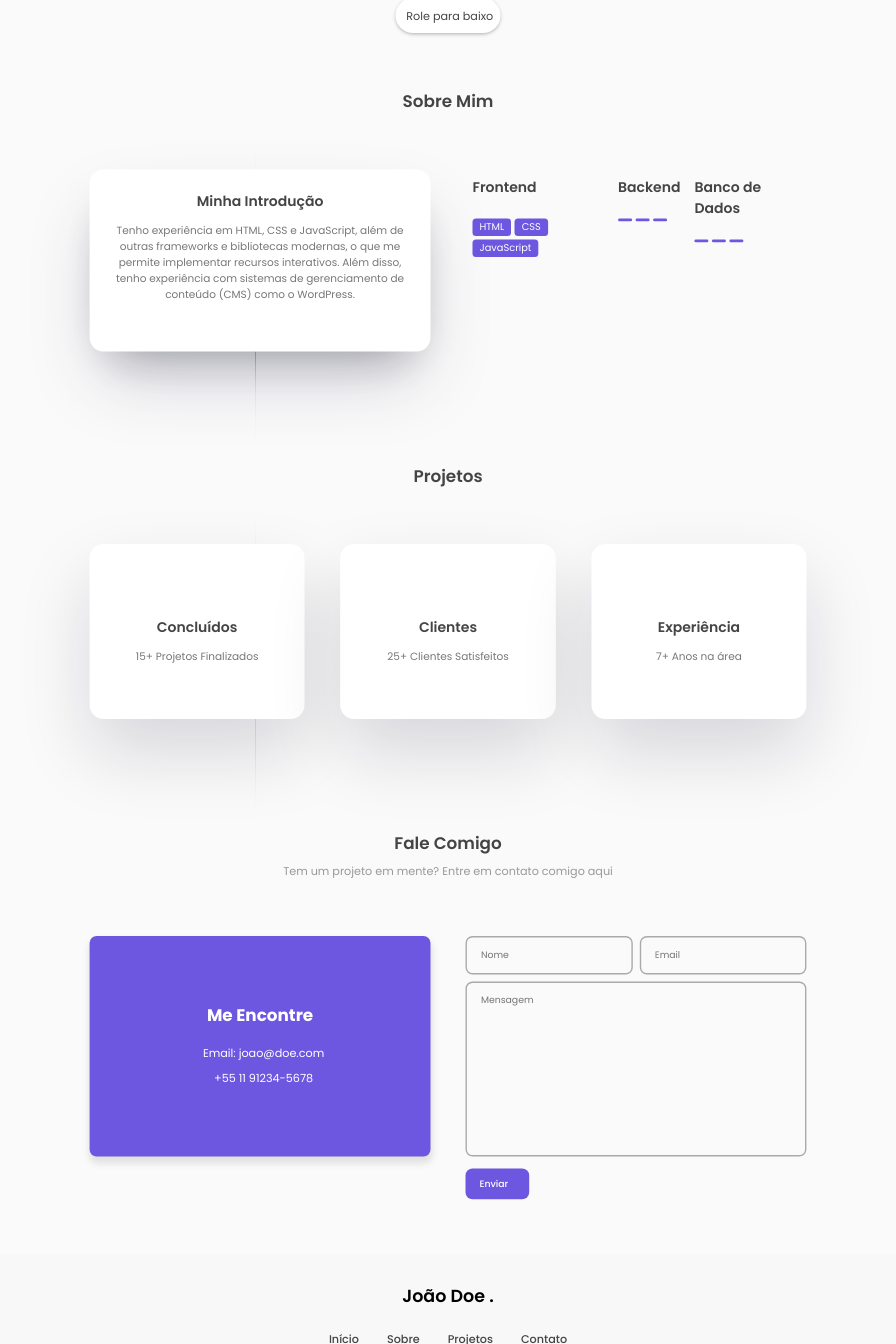
Repository: Matheus904-12/PrePortf
Page: index.html
These files come from the project's save history. The page is drawn as it stood at one moment and after the next save; the edit follows.
The browser window is 1280 px wide. The pictures show the part of the page from y = 673 to 2593 px (the page is 2790 px tall), at 70% of full size.
Some icons come from a web library that is not loaded, so they are not drawn.

Above is the page before, as saved 2023-09-29 10:54:33.

### index.html
<!DOCTYPE html>
<html lang="pt-br">

<head>
    <meta charset="UTF-8">
    <meta name="viewport" content="width=device-width, initial-scale=1.0">

    <!-- UNICONS -->
    <link rel="stylesheet" href="https://unicons.iconscout.com/release/v4.0.8/css/line.css">
    <!-- CSS -->
    <link rel="stylesheet" href="style.css">
    <!-- Adicionar favicon -->
    <link rel="shortcut icon" href="assets/images/favicon.png" type="image/x-icon">

    <title>Portfólio | Codingdev</title>
</head>

<body>
    <div class="container">
        <!-- --------------- CABEÇALHO --------------- -->
        <nav id="header">
            <div class="nav-logo">
                <p class="nav-name">Lucindo</p>
                <span>.</span>
            </div>
            <div class="nav-menu" id="myNavMenu">
                <ul class="nav_menu_list">
                    <li class="nav_list">
                        <a href="#home" class="nav-link active-link">Início</a>
                        <div class="circle"></div>
                    </li>
                    <li class="nav_list">
                        <a href="#about" class="nav-link">Sobre</a>
                        <div class="circle"></div>
                    </li>
                    <li class="nav_list">
                        <a href="#projects" class="nav-link">Projetos</a>
                        <div class="circle"></div>
                    </li>
                    <li class="nav_list">
                        <a href="#contact" class="nav-link">Contato</a>
                        <div class="circle"></div>
                    </li>
                </ul>
            </div>
            <div class="nav-menu-btn">
                <i class="uil uil-bars" onclick="myMenuFunction()"></i>
            </div>
        </nav>


        <!-- -------------- PRINCIPAL ---------------- -->
        <main class="wrapper">
            <!-- -------------- DESTAQUE ---------------- -->
            <section class="featured-box" id="home">
                <div class="featured-text">
                    <div class="featured-text-card">
                        <span>Matheus Lucindo</span>
                    </div>
                    <div class="featured-name">
                        <p>Eu sou <span class="typedText"></span></p>
                    </div>
                    <div class="featured-text-info">
                        <p>Desenvolvedor frontend experiente com paixão por criar sites visualmente
                            impressionantes e fáceis de usar.
                        </p>
                    </div>

                    <div class="social_icons">
                        <div class="icon"><i class="uil uil-instagram"></i></div>
                        <div class="icon"><i class="uil uil-linkedin-alt"></i></div>
                        <div class="icon"><i class="uil uil-twitter"></i></div>
                        <div class="icon"><i class="uil uil-github-alt"></i></div>
                        <div class="icon"><i class="uil uil-figma"></i></div> <!-- Adicionado ícone do Figma -->
                    </div>
                </div>
                <div class="featured-image">
                    <div class="image">
                        <img src="./perfil.png" alt="avatar">
                    </div>
                </div>
                <div class="scroll-icon-box">
                    <a href="#about" class="scroll-btn">
                        <i class="uil uil-mouse-alt"></i>
                        <p>Role para baixo</p>
                    </a>
                </div>

            </section>
            <!-- -------------- SOBRE ---------------- -->
            <section class="section" id="about">
                <div class="top-header">
                    <h1>Sobre Mim</h1>
                </div>
                <div class="row">
                    <div class="col">
                        <div class="about-info">
                            <h3>Minha Introdução</h3>
                            <p>Tenho experiência em HTML, CSS e JavaScript, além de outras frameworks e bibliotecas
                                modernas, o que me permite implementar recursos interativos. Além disso, tenho
                                experiência com sistemas de gerenciamento de conteúdo (CMS) como o WordPress.
                            </p>
                        </div>
                    </div>
                    <div class="col">
                        <div class="skills-box">
                            <div class="skills-header">
                                <h3>Frontend</h3>
                            </div>
                            <div class="skills-list">
                                <span>HTML</span>
                                <span>CSS</span>
                                <span>JavaScript</span>
                            </div>
                        </div>



                        <div class="skills-box">
                            <div class="skills-header">
                                <h3>Backend</h3>
                            </div>
                            <div class="skills-list">
                                <span></span>
                                <span></span>
                                <span></span>
                            </div>
                        </div>
                        <div class="skills-box">
                            <div class="skills-header">
                                <h3>Banco de Dados</h3>
                            </div>
                            <div class="skills-list">
                                <span></span>
                                <span></span>
                                <span></span>
                            </div>
                        </div>
                    </div>
                </div>
            </section>

            <!-- -------------- PROJETOS ---------------- -->

            <section class="section" id="projects">
                <div class="top-header">
                    <h1>Projetos</h1>
                </div>
                <div class="project-container">
                    <div class="project-box">
                        <i class="uil uil-briefcase-alt"></i>
                        <h3>Concluídos</h3>
                        <label>15+ Projetos Finalizados</label>
                    </div>
                    <div class="project-box">
                        <i class="uil uil-users-alt"></i>
                        <h3>Clientes</h3>
                        <label>25+ Clientes Satisfeitos</label>
                    </div>
                    <div class="project-box">
                        <i class="uil uil-award"></i>
                        <h3>Experiência</h3>
                        <label>7+ Anos na área</label>
                    </div>
                </div>
            </section>

            <!-- -------------- CONTATO ---------------- -->

            <section class="section" id="contact">
                <div class="top-header">
                    <h1>Fale Comigo</h1>
                    <span>Tem um projeto em mente? Entre em contato comigo aqui</span>
                </div>
                <div class="row">
                    <div class="col">
                        <div class="contact-info">
                            <h2>Me Encontre <i class="uil uil-corner-right-down"></i></h2>
                            <p><i class="uil uil-envelope"></i> Email: joao@doe.com</p>
                            <p><i class="uil uil-phone"></i> +55 11 91234-5678</p>
                        </div>
                    </div>
                    <div class="col">
                        <div class="form-control">
                            <div class="form-inputs">
                                <input type="text" class="input-field" placeholder="Nome">
                                <input type="text" class="input-field" placeholder="Email">
                            </div>
                            <div class="text-area">
                                <textarea placeholder="Mensagem"></textarea>
                            </div>
                            <div class="form-button">
                                <button class="btn">Enviar <i class="uil uil-message"></i></button>
                            </div>
                        </div>
                    </div>
                </div>
            </section>

        </main>


        <!-- --------------- RODAPÉ --------------- -->
        <footer>
            <div class="top-footer">
                <p>João Doe .</p>
            </div>
            <div class="middle-footer">
                <ul class="footer-menu">
                    <li class="footer_menu_list">
                        <a href="#home">Início</a>
                    </li>
                    <li class="footer_menu_list">
                        <a href="#about">Sobre</a>
                    </li>
                    <li class="footer_menu_list">
                        <a href="#projects">Projetos</a>
                    </li>
                    <li class="footer_menu_list">
                        <a href="#contact">Contato</a>
                    </li>
                </ul>
            </div>
            <div class="footer-social-icons">
                <div class="icon"><i class="uil uil-instagram"></i></div>
                <div class="icon"><i class="uil uil-linkedin-alt"></i></div>
                <div class="icon"><i class="uil uil-twitter"></i></div>
                <div class="icon"><i class="uil uil-github-alt"></i></div>
                <div class="icon"><i class="uil uil-figma"></i></div> <!-- Adicionado ícone do Figma -->
            </div>
            <div class="bottom-footer">
                <p>Direitos Autorais &copy; <a href="#home" style="text-decoration: none;">João Doe</a> - Todos os direitos
                    reservados
                </p>
            </div>
        </footer>

    </div>

    <!-- ----- TYPING JS Link ----- -->
    <script src="https://unpkg.com/typed.js@2.0.16/dist/typed.umd.js"></script>

    <!-- ----- SCROLL REVEAL JS Link----- -->
    <script src="https://unpkg.com/scrollreveal"></script>

    <!-- ----- MAIN JS ----- -->
    <script src="./script.js"></script>
</body>

</html>

### style.css
/* ----- POPPINS FONT Link ----- */
@import url('https://fonts.googleapis.com/css2?family=Poppins:wght@400;500;600;700&display=swap');

/* ----- VARIABLES ----- */
:root{
    --body-color: rgb(250, 250, 250);
    --color-white: rgb(255, 255, 255);

    --text-color-second: rgb(68, 68, 68);
    --text-color-third: rgb(30, 159, 171);

    --first-color: rgb(110, 87, 224);
    --first-color-hover: rgb(40, 91, 212);

    --second-color: rgb(110, 87, 224);
    --third-color: rgb(192, 166, 49);
    --first-shadow-color: rgba(0, 0, 0, 0.1);

}

/* ----- BASE ----- */
*{
    margin: 0;
    padding: 0;
    box-sizing: border-box;
    font-family: 'Poppins', sans-serif;
}

/* ----- SMOOTH SCROLL ----- */
html{
    scroll-behavior: smooth;
}

/* ----- CHANGE THE SCROLL BAR DESIGN ----- */
::-webkit-scrollbar{
    width: 10px;
    border-radius: 25px;
}
::-webkit-scrollbar-track{
    background: #f1f1f1;
}
::-webkit-scrollbar-thumb{
    background: #ccc;
    border-radius: 30px;
}
::-webkit-scrollbar-thumb:hover{
    background: #bbb;
}


/* ---##-- REUSABLE CSS --##--- */

/* ----- GLOBAL BUTTON DESIGN ----- */
.btn{
    font-weight: 500;
    padding: 12px 20px;
    background: #efefef;
    border: none;
    border-radius: 10px;
    cursor: pointer;
    transition: .4s;
}
.btn>i{
    margin-left: 10px;
}
.btn:hover{
    background: var(--second-color);
    color: var(--color-white);
}

/* ----- GLOBAL ICONS DESIGN ----- */
i{
    font-size: 16px;
}

/* ------- BASE -------- */
body{
    background: var(--body-color);
}
.container{
    width: 100%;
    position: relative;
    overflow-x: hidden; /* not mandatory */
}

/* ----- NAVIGATION BAR ----- */
nav{
    position: fixed;
    display: flex;
    justify-content: space-between;
    width: 100%;
    height: 90px;
    line-height: 90px;
    background: var(--body-color);
    padding-inline: 9vw;
    transition: .3s;
    z-index: 100;
}
.nav-logo{
   position: relative;
}
.nav-name{
    font-size: 30px;
    font-weight: 600;
    color: var(--text-color-third);
}
.nav-logo span{
    position: absolute;
    top: -15px;
    right: -20px;
    font-size: 5em;
    color: var(--text-color-second);
}
.nav-menu, .nav_menu_list{
    display: flex;
}
.nav-menu .nav_list{
    list-style: none;
    position: relative;
}
.nav-link{
    text-decoration: none;
    color: var(--text-color-second);
    font-weight: 500;
    padding-inline: 15px;
    margin-inline: 20px;
}
.nav-menu-btn{
    display: none;
}
.nav-menu-btn i{
    font-size: 28px;
    cursor: pointer;
}
.active-link{
    position: relative;
    color: var(--first-color);
    transition: .3;
}
.active-link::after{
    content: '';
    position: absolute;
    left: 50%;
    bottom: -15px;
    transform: translate(-50%, -50%);
    width: 5px;
    height: 5px;
    background: var(--first-color);
    border-radius: 50%;
}


/* ----- WRAPPER DESIGN ----- */
.wrapper{
    padding-inline: 10vw;
}

/* ----- FEATURED BOX ----- */
.featured-box{
    position: relative;
    display: flex;
    height: 100vh;
    min-height: 700px;
}

/* ----- FEATURED TEXT BOX ----- */
.featured-text{
    position: relative;
    display: flex;
    justify-content: center;
    align-content: center;
    min-height: 80vh;
    flex-direction: column;
    width: 50%;
    padding-left: 20px;
}
.featured-text-card span{
    background: var(--third-color);
    color: var(--color-white);
    padding: 3px 8px;
    font-size: 12px;
    border-radius: 5px;
}
.featured-name{
    font-size: 50px;
    font-weight: 600;
    color: var(--text-color-second);
    margin-block: 20px;
}
.typedText{
    text-transform: capitalize;
    color: var(--text-color-third);
}
.featured-text-info{
    font-size: 15px;
    margin-bottom: 30px;
    color: var(--text-color-second);
}
.featured-text-btn{
    display: flex;
    gap: 20px;
}
.featured-text-btn>.blue-btn{
    background: var(--first-color);
    color: var(--color-white);
}
.featured-text-btn>.blue-btn:hover{
    background: var(--first-color-hover);
}
.social_icons{
    display: flex;
    margin-top: 5em;
    gap: 30px;
}
.icon{
    display: flex;
    justify-content: center;
    align-items: center;
    width: 40px;
    height: 40px;
    border-radius: 50%;
    box-shadow: 0px 2px 5px 0px rgba(0, 0, 0, 0.25);
    cursor: pointer;
}
.icon:hover{
    color: var(--first-color);
}

/* ----- FEATURED IMAGE BOX ----- */
.featured-image{
    display: flex;
    justify-content: right;
    align-content: center;
    min-height: 80vh;
    width: 50%;
}
.image{
    margin: auto 0;
    width: 380px;
    height: 380px;
    animation: imgFloat 7s ease-in-out infinite;
}
.image img{
    width: 380px;
    height: 380px;
    object-fit: contain;
}
@keyframes imgFloat {
    50%{
        transform: translateY(10px);
    }
}
.scroll-btn{
   position: absolute;
   bottom: 0;
   left: 50%;
   translate: -50%;
   display: flex;
   justify-content: center;
   align-items: center;
   width: 150px;
   height: 50px;
   gap: 5px;
   text-decoration: none;
   color: var(--text-color-second);
   background: var(--color-white);
   border-radius: 30px;
   box-shadow: 0 2px 5px 0 rgba(0, 0, 0, 0.25);
}
.scroll-btn i{
    font-size: 20px;
}

/* ----- MAIN BOX ----- */
.section{
    padding-block: 5em;
}
.row{
    display: flex;
    justify-content: space-between;
    width: 100%;
    gap: 50px;
}
.col{
    display: flex;
    width: 50%;
}

/* -- ## --- RESUABLE CSS -- ## -- */
.top-header{
    text-align: center;
    margin-bottom: 5em;
}
.top-header h1{
    font-weight: 600;
    color: var(--text-color-second);
    margin-bottom: 10px;
}
.top-header span{
    color: #999;
}
h3{
    font-size: 20px;
    font-weight: 600;
    color: var(--text-color-second);
    margin-bottom: 15px;
}

/* ----- ABOUT INFO ----- */
.about-info{
    position: relative;
    display: flex;
    align-items: center;
    flex-direction: column;
    padding-block: 30px 70px;
    padding-inline: 20px;
    width: 100%;
    background: var(--color-white);
    box-shadow: rgba(50, 50, 93, 0.25) 0px 50px 100px -20px, rgba(0, 0, 0, 0.3) 0px 30px 60px -30px;
    border-radius: 20px;
}
.about-info p{
    text-align: center;
    font-size: 15px;
    color: #777;
}
.about-btn button{
    position: absolute;
    right: 20px;
    bottom: 20px;
    background: var(--first-color);
    color: var(--color-white);
    border-radius: 30px;
}
.about-btn button:hover{
    background: var(--first-color-hover);
}

/* ----- ABOUT / SKILLS BOX ----- */
.skills-box{
    margin: 10px;
}
.skills-header{
    margin-bottom: 30px;
}
.skills-list{
    display: flex;
    flex-wrap: wrap;
    gap: 5px;
}
.skills-list span{
    font-size: 14px;
    background: var(--first-color);
    color: var(--color-white);
    padding: 2px 10px;
    border-radius: 5px;
}

/* ----- PROJECTS BOX ----- */
.project-container{
    display: flex;
    width: 100%;
    justify-content: space-between;
    gap: 20px;
    flex-wrap: wrap;
}
.project-box{
    position: relative;
    display: flex;
    justify-content: center;
    align-items: center;
    flex-direction: column;
    width: 30%;
    height: 250px;
    background: var(--color-white);
    border-radius: 20px;
    box-shadow: rgba(17, 12, 46, 0.15) 0px 48px 100px 0px;
    overflow: hidden;
}
.project-box>i{
    font-size: 50px;
    color: #00B5E7;
    margin-bottom: 25px;
}
.project-box label{
    font-size: 15px;
    color: #777;
}
.project-box::after, .contact-info::after{
    content: "";
    position: absolute;
    bottom: -100%;
    background: var(--second-color);
    width: 100%;
    height: 100%;
    transition: .4s;
    z-index: 1;
}
.project-box:hover.project-box::after,
.contact-info:hover.contact-info::after{
    bottom: 0;
}
.project-box:hover.project-box i,
.project-box:hover.project-box>h3,
.project-box:hover.project-box>label{
    color: var(--color-white);
    z-index: 2;
}

/* ----- CONTACT BOX ----- */
.contact-info{
    position: relative;
    display: flex;
    flex-direction: column;
    justify-content: center;
    align-items: center;
    padding: 20px 30px;
    width: 100%;
    height: 315px;
    background: var(--second-color);
    border-radius: 10px;
    box-shadow: 1px 8px 10px 2px var(--first-shadow-color);
    overflow: hidden;
}
.contact-info>h2{
    color: var(--color-white);
    margin-bottom: 20px;
}
.contact-info>p{
    display: flex;
    align-items: center;
    gap: 10px;
    color: var(--color-white);
    margin-block: 5px;
}
.contact-info p>i{
    font-size: 18px;
}
.contact-info::after{
    background: var(--color-white);
}
.contact-info:hover.contact-info h2,
.contact-info:hover.contact-info p,
.contact-info:hover.contact-info i{
    color: #777;
    z-index: 2;
}

/* ----- CONTACT FORM ----- */
.form-control{
    display: flex;
    flex-direction: column;
    gap: 10px;
    width: 100%;
}
.form-inputs{
    display: flex;
    gap: 10px;
    width: 100%;
}
.input-field{
    width: 50%;
    height: 55px;
    background: transparent;
    border: 2px solid #AAA;
    border-radius: 10px;
    padding-inline: 20px;
    outline: none;
}
textarea{
    width: 100%;
    height: 250px;
    background: transparent;
    border: 2px solid #AAA;
    border-radius: 10px;
    padding: 15px 20px;
    outline: none;
    resize: none;
}
.form-button>.btn{
    display: flex;
    align-items: center;
    justify-content: center;
    background: var(--second-color);
    color: var(--color-white);
}
.form-button>.btn:hover{
    background: #00B5E7;
}
.form-button i{
    font-size: 18px;
    rotate: -45deg;
}

/* ----- FOOTER BOX ----- */
footer{
    display: flex;
    justify-content: center;
    align-items: center;
    flex-direction: column;
    row-gap: 30px;
    background: #F8F8F8;
    padding-block: 40px 60px;
}
.top-footer p{
    font-size: 25px;
    font-weight: 600;
}
.middle-footer .footer-menu{
    display: flex;
}
.footer_menu_list{
    list-style: none;
}
.footer_menu_list a{
    text-decoration: none;
    color: var(--text-color-second);
    font-weight: 500;
    margin-inline: 20px;
}
.footer-social-icons{
    display: flex;
    gap: 30px;
}
.bottom-footer{
    font-size: 14px;
    margin-top: 10px;
}


/* ----- MEDIA QUERY == 1024px / RESPONSIVE ----- */
@media only screen and (max-width: 1024px){
    .featured-text{
        padding: 0;
    }
    .image, .image img{
        width: 320px;
        height: 320px;
    }
}

/* ----- MEDIA QUERY == 900px / RESPONSIVE ----- */
@media only screen and (max-width: 900px) {
    .nav-button{
        display: none;
    }
    .nav-menu.responsive{
        left: 0;
    }
    .nav-menu{
        position: fixed;
        top: 80px;
        left: -100%;
        flex-direction: column;
        justify-content: center;
        align-items: center;
        background: rgba(255, 255, 255, 0.7);
        backdrop-filter: blur(20px);
        width: 100%;
        min-height: 450px;
        height: 90vh;
        transition: .3s;
    }
    .nav_menu_list{
        flex-direction: column;
    }
    .nav-menu-btn{
        display: flex;
        align-items: center;
        justify-content: center;
    }
    .featured-box{
        flex-direction: column;
        justify-content: center;
        height: 100vh;
    }
    .featured-text{
        width: 100%;
        order: 2;
        justify-content: center;
        align-content: flex-start;
        min-height: 60vh;
    }
    .social_icons{
        margin-top: 2em;
    }
    .featured-image{
        order: 1;
        justify-content: center;
        min-height: 150px;
        width: 100%;
        margin-top: 65px;
    }
    .image, .image img{
        width: 150px;
        height: 150px;
    }
    .row{
        display: flex;
        flex-direction: column;
        justify-content: center;
        gap: 50px;
    }
    .col{
        display: flex;
        justify-content: center;
        width: 100%;
    }
    .about-info, .contact-info{
        width: 100%;
    }
    .project-container{
        justify-content: center;
    }
    .project-box{
        width: 80%;
    }

}

/* ----- MEDIA QUERY == 540px / RESPONSIVE ----- */

@media only screen and (max-width: 540px){
    .featured-name{
        font-size: 40px;
    }
    .project-box{
        width: 100%;
    }
    .form-inputs{
        flex-direction: column;
    }
    .input-field{
        width: 100%;
    }
}

Loaded but not shown: script.js (117 lines, source omitted)

After the next save:
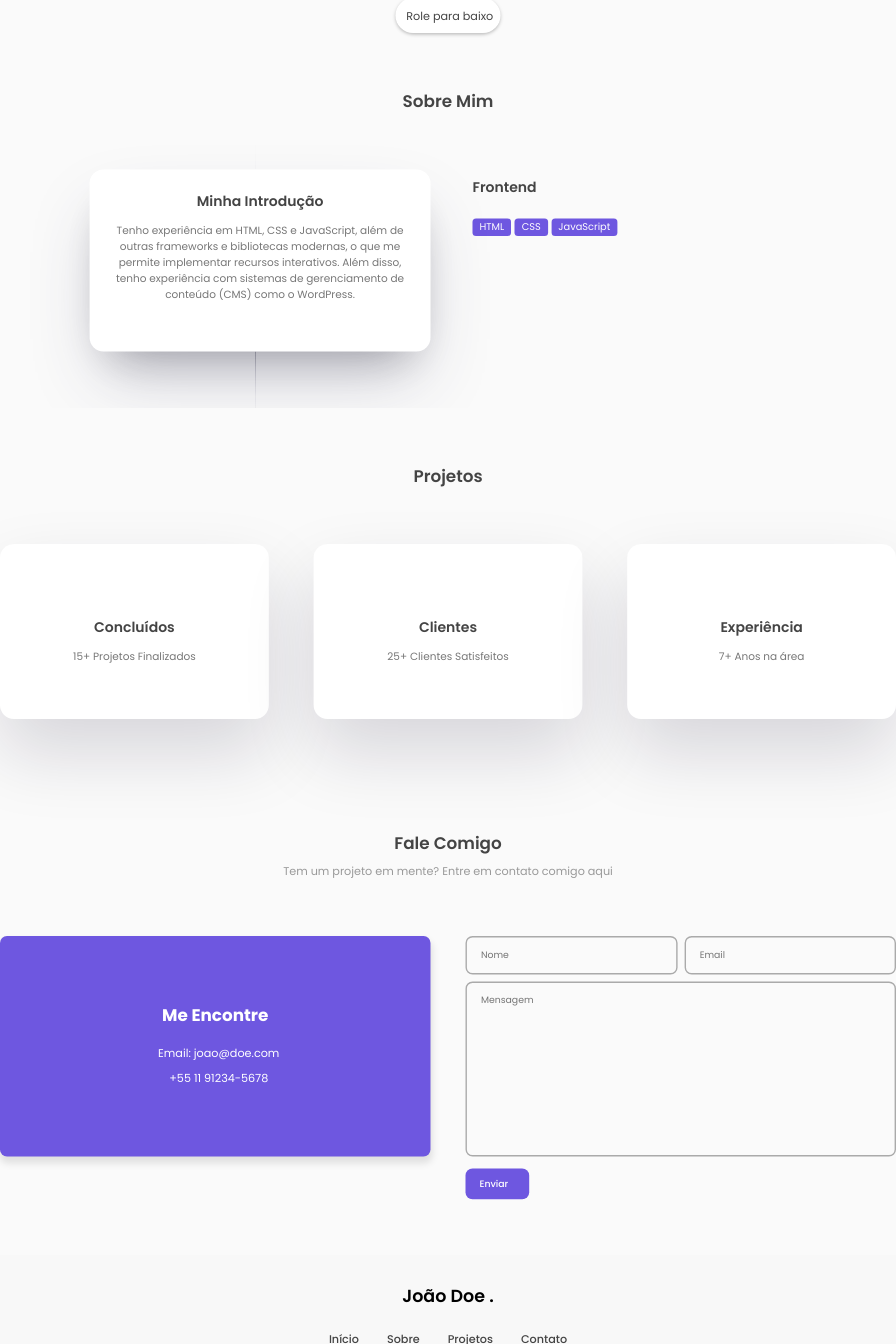
Saved 46 s later.
--- a/index.html
+++ b/index.html
@@ -116,25 +116,7 @@
 
 
 
-                        <div class="skills-box">
-                            <div class="skills-header">
-                                <h3>Backend</h3>
-                            </div>
-                            <div class="skills-list">
-                                <span></span>
-                                <span></span>
-                                <span></span>
-                            </div>
-                        </div>
-                        <div class="skills-box">
-                            <div class="skills-header">
-                                <h3>Banco de Dados</h3>
-                            </div>
-                            <div class="skills-list">
-                                <span></span>
-                                <span></span>
-                                <span></span>
-                            </div>
+
                         </div>
                     </div>
                 </div>
